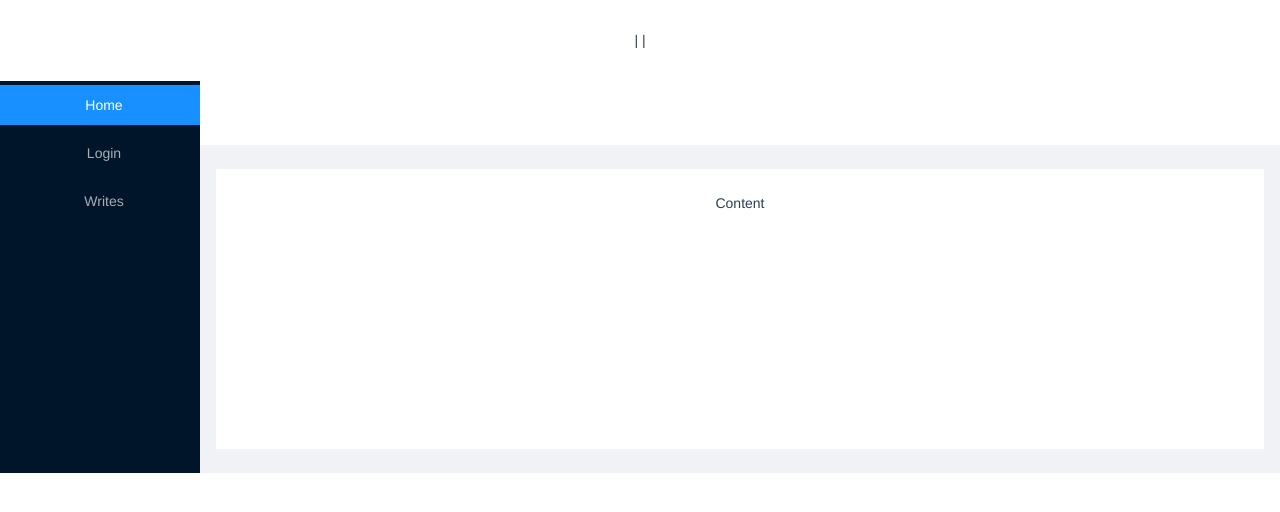
Repository: writesapp/mod
Page: /
These files come from the project's save history. The page is drawn as it stood at one moment and after the next save; the edit follows.
The browser window is 1280 px wide. The pictures show the whole page.
The project was rebuilt for these pictures with package versions that can differ from the ones it lists, and the page was loaded fresh each time. Also part of the build but not shown: src/components/SigninButton.vue, src/views/Login.vue, src/views/Writes.vue.

Above is the page before, as saved 2020-07-09 13:25:20.

After the next save:
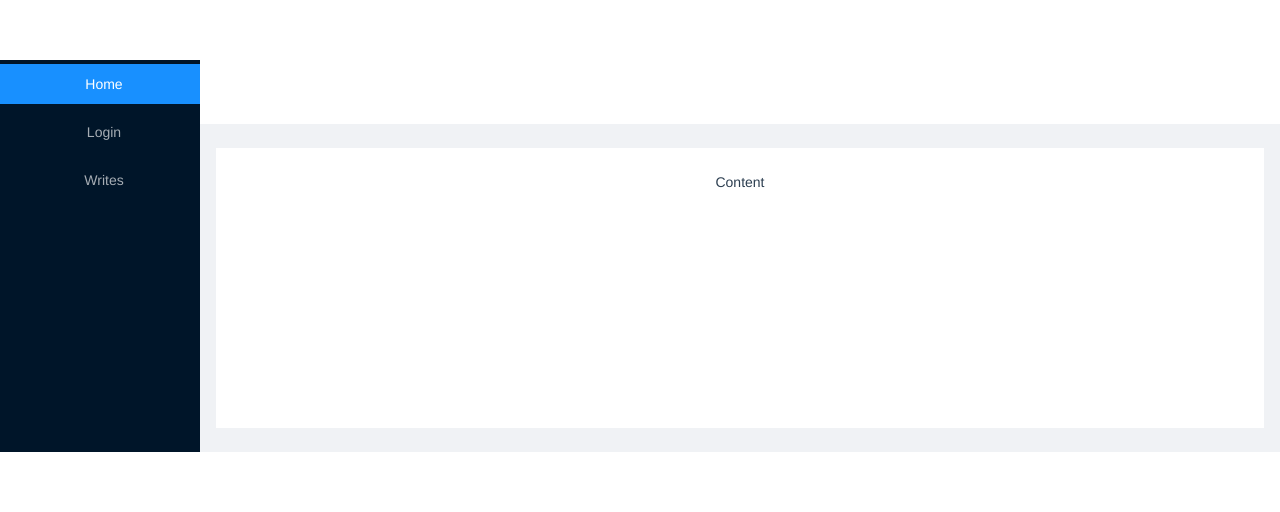
Saved 44 s later.
--- a/src/App.vue
+++ b/src/App.vue
@@ -1,10 +1,6 @@
 <template>
   <div id="app">
-    <div id="nav">
-       |
-       |
-
-    </div>
+    <div id="nav"></div>
     <router-view/>
   </div>
 </template>
